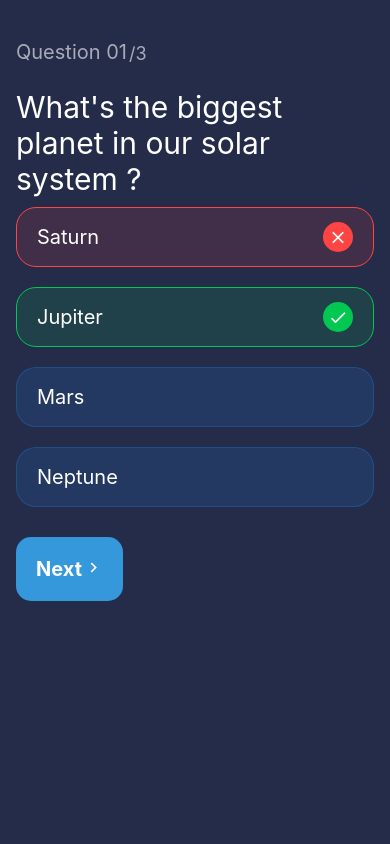
Repository: ds-mbappe/Quiz
Screen: /, after clicking the first element matching `div.r-transitionProperty-1i6wzkk`
The author's editor kept a copy of each file at every save. The screen is drawn from the files as they stood at one save, then again after the next save.
The app was drawn by React Native's web renderer in a window 390 px wide. The project was rebuilt for these pictures with package versions that can differ from the ones it lists, and the page was loaded fresh each time.

Above is the screen before, as saved 2022-05-28 22:39:50.

### App.js
import React from 'react'
import { SafeAreaView, StyleSheet, Text } from 'react-native';
import { Quiz } from './screens';

const App = () => {
  return (
    <Quiz />
  )
}

export default App

const styles = StyleSheet.create({})

### screens/index.js
import Quiz from "./Quiz";

export {
    Quiz
}

### screens/Quiz.js
import React, { useState } from 'react'
import { SafeAreaView, StatusBar, StyleSheet, Text, TouchableOpacity, View } from 'react-native'
import { COLORS, SIZES } from '../constants';
import data from '../data/QuizData';
import MaterialCommunityIcons from 'react-native-vector-icons/MaterialCommunityIcons';

const Quiz = () => {

  const allQuestions = data;
  const [currentQuestionIndex, setCurrentQuestionIndex] = useState(0)
  const [currentOptionSelected, setCurrentOptionSelected] = useState(null);
  const [correctOption, setCorrectOption] = useState(null);
  const [isOptionDisabled, setIsOptionDisabled] = useState(false);
  const [score, setScore] = useState(0);
  const [showNextbutton, setShowNextButton] = useState(false);

  const validateAnswer = (selectedOption) => {
    let correct_option = allQuestions[currentQuestionIndex]['correct_option'];
    setCurrentOptionSelected(selectedOption);
    setCorrectOption(correct_option);
    setIsOptionDisabled(true);
    if(selectedOption == correct_option) {
      setScore(score + 1);
    }

    // Show Next Button
    setShowNextButton(true);
  }

  const renderQuestion = () => {
    return (
      <View>
        {/* Question Counter */}
        <View style={styles.questions}>
          <Text style={{color: COLORS.white, fontSize: 20, opacity: 0.6, marginRight: 2}}>{"Question " + currentQuestionIndex + 1}</Text>
          <Text style={{color: COLORS.white, fontSize: 18, opacity: 0.6}}>/{allQuestions.length}</Text>
        </View>

        <View style={{height: 25}}>
        </View>

        {/* Question */}
        <Text style={{color: COLORS.white, fontSize: 30}}>{allQuestions[currentQuestionIndex]?.question}</Text>
      </View>
    )
  }

  const renderOptions = () => {
    return (
      <View>
        {
          allQuestions[currentQuestionIndex]?.options.map(option => (
            <TouchableOpacity
              onPress={() => validateAnswer(option)}
              disabled={isOptionDisabled}
              key={option}
              style={{
                borderWidth: 1,
                borderColor: option == correctOption
                  ? COLORS.success
                  : option == currentOptionSelected
                    ? COLORS.error
                    : COLORS.secondary + '40',
                backgroundColor: option == correctOption
                ? COLORS.success + '20'
                : option == currentOptionSelected
                  ? COLORS.error + '20'
                  : COLORS.secondary + '20',
                height: 60,
                borderRadius: 20,
                flexDirection: 'row',
                alignItems: 'center',
                justifyContent: 'space-between',
                paddingHorizontal: 20,
                marginVertical: 10
              }}>
              <Text style={{ fontSize: 20, color: COLORS.white }}>{option}</Text>

              {/* Show Check or Cross based on answer */}
              {
                option == correctOption ? (
                  <View style={{
                    width: 30,
                    height: 30,
                    borderRadius: 30 / 2,
                    backgroundColor: COLORS.success,
                    justifyContent: 'center',
                    alignItems: 'center'
                  }}>
                    <MaterialCommunityIcons name="check" style={{
                      color: COLORS.white,
                      fontSize: 20
                    }} />
                  </View>
                ) : option == currentOptionSelected ?(
                  <View style={{
                    width: 30,
                    height: 30,
                    borderRadius: 30 / 2,
                    backgroundColor: COLORS.error,
                    justifyContent: 'center',
                    alignItems: 'center'
                  }}>
                    <MaterialCommunityIcons name="close" style={{
                      color: COLORS.white,
                      fontSize: 20
                    }} />
                  </View>
                ) : null
              }
            </TouchableOpacity>
          ))
        }
      </View>
    )
  }

  const renderNextButton = () => {
    if (showNextbutton) {
      return (
        <TouchableOpacity style={{display: 'flex', justifyContent: 'space-between', flexDirection: 'row', marginTop: 20, width: '30%', backgroundColor: COLORS.accent, padding: 20, borderRadius: 15}}>
          <Text style={{fontSize: 20, fontWeight: 'bold', color: COLORS.white, textAlign: 'center'}}>Next</Text>
          <MaterialCommunityIcons style={{fontSize: 20, fontWeight: 'bold', color: COLORS.white, textAlign: 'center'}} name='chevron-right'/>
        </TouchableOpacity>
      )
    }
    else {
      return null;
    }
  }

  return (
    <SafeAreaView style={styles.container}>
      <StatusBar barStyle='light-content' backgroundColor={COLORS.primary} />
      <View style={styles.mainView}>

        {/* ProgressBar */}

        {/* Question */}
        {renderQuestion()}

        {/* Options */}
        {renderOptions()}

        {/* Next Button */}
        {renderNextButton()}

      </View>
    </SafeAreaView>
  )
}

export default Quiz

const styles = StyleSheet.create({
  container: {
    flex: 1,
    backgroundColor: COLORS.background
  },
  mainView: {
    flex: 1,
    paddingVertical: 40,
    paddingHorizontal: 16,
    backgroundColor: COLORS.background,
    position: 'relative',
  },
  questions: {
    flexDirection: 'row',
    alignItems: 'flex-end',
  }
})

### data/QuizData.js
let data = [
    {
        question: "What's the biggest planet in our solar system ?",
        options: ["Saturn", "Jupiter", "Mars", "Neptune"],
        correct_option: "Jupiter"
    },
    {
        question: "Which animal can open his mouth the widest ?",
        options: ["Crocodile", "Lion", "Gorilla", "Hippo"],
        correct_option: "Hippo"
    },
    {
        question: "WHat is the largest animal on earth ?",
        options: ["The lion King", "The giraffe", "The blue whale", "The elephant"],
        correct_option: "The blue whale"
    },
    // {
    //     question: ,
    //     options: ,
    //     correct_option:
    // },
    // {
    //     question: ,
    //     options: ,
    //     correct_option:
    // }
]

export default data;

### constants/theme.js
import { Dimensions } from "react-native";
const { width, height } = Dimensions.get('window');

export const COLORS = {
    primary: "#252C4A",
    secondary: "#1E90FF",
    accent: "#3498DB",

    success: "#00C851",
    error: "#FF4444",

    black: "#171717",
    white: "#FFFFFF",
    background: "#252C4A"
}

export const SIZES = {
    base: 10,
    width,
    height
}

Loaded but not shown: constants/index.js (common file)

After the next save:
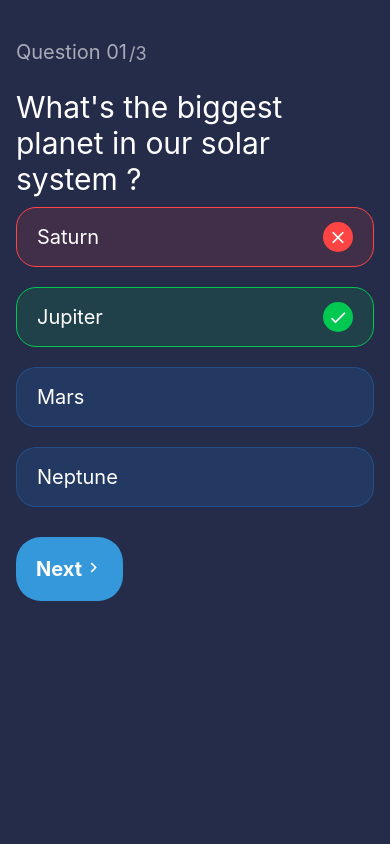
Saved 6 s later.
--- a/screens/Quiz.js
+++ b/screens/Quiz.js
@@ -118,7 +118,7 @@ const Quiz = () => {
   const renderNextButton = () => {
     if (showNextbutton) {
       return (
-        <TouchableOpacity style={{display: 'flex', justifyContent: 'space-between', flexDirection: 'row', marginTop: 20, width: '30%', backgroundColor: COLORS.accent, padding: 20, borderRadius: 15}}>
+        <TouchableOpacity style={{display: 'flex', justifyContent: 'space-between', flexDirection: 'row', marginTop: 20, width: '30%', backgroundColor: COLORS.accent, padding: 20, borderRadius: 25}}>
           <Text style={{fontSize: 20, fontWeight: 'bold', color: COLORS.white, textAlign: 'center'}}>Next</Text>
           <MaterialCommunityIcons style={{fontSize: 20, fontWeight: 'bold', color: COLORS.white, textAlign: 'center'}} name='chevron-right'/>
         </TouchableOpacity>
